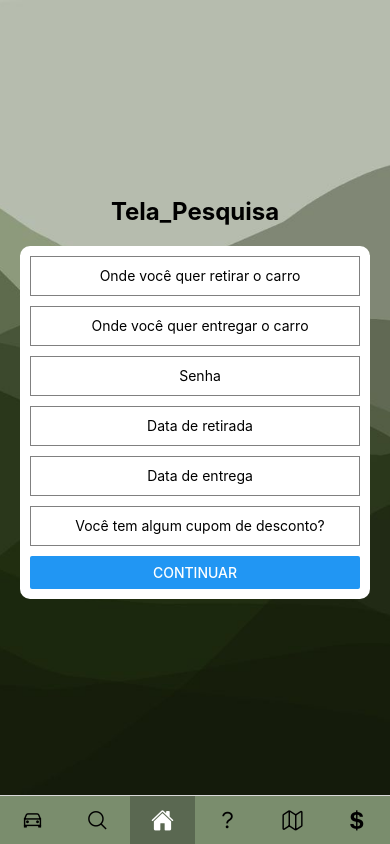
Repository: GabrielAron/EcoWheels
Page: /Home
An editor plug-in stored every save of this project. The page is shown before and after the next save, followed by the edit.
The browser window is 390 px wide. The pictures show the whole page.
The app was drawn by React Native's web renderer in a window 390 px wide. The project was rebuilt for these pictures with package versions that can differ from the ones it lists, and the page was loaded fresh each time. Also part of the build but not shown: src/Paginas/Carros/index.js, src/Paginas/Ajuda/index.js, src/Paginas/Mapa/index.js, src/Paginas/Pagamento/pagamento.js.

Above is the page before, as saved 2023-11-24 14:34:23.

### App.js
import React from 'react';
import Routes from './src/Paginas/routes';
import { ReservaProvider } from './src/Paginas/ReservaContext';


function App() {
  return (
    <ReservaProvider>
      <Routes />
    </ReservaProvider>
  );
}

export default App;

### src/Paginas/routes.js
import React from 'react';
import { createBottomTabNavigator } from '@react-navigation/bottom-tabs';
import { NavigationContainer } from '@react-navigation/native';
import { Ionicons } from '@expo/vector-icons';

import Home from './Home';
import Explorar from './Carros';
import Ajuda from './Ajuda';
import Reservas from './Locacoes';
import Recarga from './Mapa';
import Pagamento from './Pagamento/pagamento';

const Tab = createBottomTabNavigator();

export default function Routes() {
  return (
    <NavigationContainer>
      <Tab.Navigator
        tabBarOptions={{
          showLabel: false, // Oculta as etiquetas de texto das guias
          tabBarStyle: {
            position: 'absolute',
            backgroundColor: '#7A8D6D',
            height:700,
          },
          tabStyle: {
            elevation: 0,
          },
          inactiveBackgroundColor: '#7A8D6D',
          activeBackgroundColor: '#5A6851',
        }}
      >
        <Tab.Screen
          name="Reservas"
          component={Reservas}
          options={{
            headerShown: false,
            tabBarIcon: ({ color, size, focused }) => {
              if (focused) {
                return <Ionicons name="md-car" size={23} color="#FFF" />;
              } else {
                return <Ionicons name="md-car-outline" size={23} color="#000000" />;
              }
            },
          }}
        />
        <Tab.Screen
          name="Explorar"
          component={Explorar}
          options={{
            headerShown: false,
            tabBarIcon: ({ color, size, focused }) => {
              if (focused) {
                return <Ionicons name="md-search" size={23} color="#FFF" />;
              } else {
                return <Ionicons name="md-search-outline" size={23} color="#000000" />;
              }
            },
          }}
        />
        <Tab.Screen
          name="Home"
          component={Home}
          options={{
            headerShown: false,
            tabBarIcon: ({ color, size, focused }) => {
              if (focused) {
                return <Ionicons name="md-home" size={23} color="#FFF" />;
              } else {
                return <Ionicons name="md-home-outline" size={23} color="#000000" />;
              }
            },
          }}
        />
        <Tab.Screen
          name="Ajuda"
          component={Ajuda}
          options={{
            headerShown: false,
            tabBarIcon: ({ color, size, focused }) => {
              if (focused) {
                return <Ionicons name="md-help" size={23} color="#FFF" />;
              } else {
                return <Ionicons name="md-help-outline" size={23} color="#000000" />;
              }
            },
          }}
        />
        <Tab.Screen
          name="Recarga"
          component={Recarga}
          options={{
            headerShown: false,
            tabBarIcon: ({ color, size, focused }) => {
              if (focused) {
                return <Ionicons name="md-map" size={23} color="#FFF" />;
              } else {
                return <Ionicons name="md-map-outline" size={23} color="#000000" />;
              }
            },
          }}
        />
         <Tab.Screen
          name="Pagamento"
          component={Pagamento}
          options={{
            headerShown: false,
            tabBarIcon: ({ color, size, focused }) => {
              if (focused) {
                return <Ionicons name="logo-usd" size={23} color="#FFF" />;

              } else {
                return <Ionicons name="logo-usd" size={23} color="#000000" />;
              }
            },
          }}
        />
      </Tab.Navigator>
    </NavigationContainer>
  );
}

### src/Paginas/ReservaContext.js
import React, { createContext, useState } from 'react';

export const ReservaContext = createContext();

export const ReservaProvider = ({ children }) => {
  const [reservas, setReservas] = useState([]);

  return (
    <ReservaContext.Provider value={{ reservas, setReservas }}>
      {children}
    </ReservaContext.Provider>
  );
};

### src/Paginas/Home/index.js
import React from 'react';
import { View, Text, TextInput, Button, StyleSheet, ImageBackground } from 'react-native';
import Fundo from './imagens/fundoverde.jpg';

export default function App() {
  return (
    <ImageBackground source={Fundo} style={styles.image}>
      <View style={styles.container}>
        <Text style={styles.title}>Tela_Pesquisa</Text>
        <View style={styles.formContainer}>
          <TextInput style={styles.input} placeholder="Onde você quer retirar o carro" />
          <TextInput style={styles.input} placeholder="Onde você quer entregar o carro" />
          <TextInput style={styles.input} placeholder="Senha" secureTextEntry={true} />
          <TextInput style={styles.input} placeholder="Data de retirada" />
          <TextInput style={styles.input} placeholder="Data de entrega" />
          <TextInput style={styles.input} placeholder="Você tem algum cupom de desconto?" />
          <Button title="Continuar" onPress={() => {}} />
        </View>
      </View>
    </ImageBackground>
  );
}

const styles = StyleSheet.create({
  container: {
    flex: 1,
    justifyContent: 'center',
    padding: 20,
  },
  image: {
    flex: 1,
    resizeMode: 'cover',
    justifyContent: 'center',
  },
  title: {
    fontSize: 24,
    fontWeight: 'bold',
    textAlign: 'center',
    marginBottom: 20,
  },
  input: {
    height: 40,
    borderColor: 'gray',
    borderWidth: 1,
    marginBottom: 10,
    paddingLeft: 10,
    textAlign: 'center',
  },
  formContainer: {
    backgroundColor: 'white',
    borderRadius: 10,
    padding: 10,
  },
});

### src/Paginas/Locacoes/index.js
import React, { useState, useContext } from 'react';
import { View, Text, ImageBackground, Button, StyleSheet, ScrollView, Modal, Alert } from 'react-native';
import Fundo from '/imagens/fundoverde.jpg';
import { ReservaContext } from '../ReservaContext'; // Atualize o caminho conforme necessário

const Card = ({ id, title, image }) => {
  const [modalVisible, setModalVisible] = useState(false);
  const { reservas, setReservas } = useContext(ReservaContext);
  const [carros, setCarros] = useState([

      { id: 1, title: "QUALIDADE PARA UM CONFORTO E ÓTIMO PASSEIO - Exquisite Cruiser 1.8", image: "https://cdn.leonardo.ai/users/cf8d0bec-5da3-4e6a-aed2-13735b2a6925/generations/a40b4ef5-35ec-4e32-a5ff-cc2ef5e85345/PhotoReal_make_a_background_image_for_a_cell_phone_application_2.jpg?w=512" },
      { id: 2, title: "DESIGN E CONFORTO EM UM - Rider GT 3.0", image: "https://cdn.leonardo.ai/users/cf8d0bec-5da3-4e6a-aed2-13735b2a6925/generations/a40b4ef5-35ec-4e32-a5ff-cc2ef5e85345/PhotoReal_make_a_background_image_for_a_cell_phone_application_3.jpg?w=512" },
      { id: 3, title: "FORÇA PARA DESAFIOS OFF-Road - Viper GT 3.0 ", image: "https://cdn.leonardo.ai/users/cf8d0bec-5da3-4e6a-aed2-13735b2a6925/generations/a0fe3adc-2c2f-4336-bc49-e57599170dd1/PhotoReal_faa_um_hummer_eltrico_novo_andando_por_uma_cidade_3.jpg?w=512" },
      { id: 4, title: "UM CARRO ANTIGO E ESTILOSO PARA OS AMANTES DE CLÁSSICOS - Bentley 1.8", image: "https://cdn.leonardo.ai/users/cf8d0bec-5da3-4e6a-aed2-13735b2a6925/generations/c6457b66-6149-4c4d-8408-99c27071dc1e/PhotoReal_faa_um_carro_eletrico_executivo_andando_por_uma_cida_0.jpg?w=512" },
      { id: 5, title: "UM CARRO VERSÁTIL QUE ATENDE A TODAS AS NECESSIDADES FLEXUS X 1.0", image: "https://cdn.leonardo.ai/users/cf8d0bec-5da3-4e6a-aed2-13735b2a6925/generations/f62f0f84-2ea5-4c9d-a4e3-33ade848f3b2/PhotoReal_make_a_background_image_for_a_cell_phone_application_3.jpg?w=512" },
      { id: 6, title: "UMA OPÇÃO PERFEITA PARA QUEM BUSCA PRATICIDADE E CONFORTO - LUXURY DRIVE 1.6", image: "https://cdn.leonardo.ai/users/cf8d0bec-5da3-4e6a-aed2-13735b2a6925/generations/589507b8-d87b-4a85-b05e-c325ccebd6b6/PhotoReal_make_a_background_image_for_a_cell_phone_application_1.jpg?w=512" },
      { id: 7, title: "UM CARRO ESPORTIVO COM DESEMPENHO DE ALTA POTÊNCIA Vortex GT 5.0", image: "https://fotos-jornaldocarro-estadao.nyc3.cdn.digitaloceanspaces.com/wp-content/uploads/2023/01/13072602/Carro_esportivo.jpg" },
    ]);


  return (
    <View style={styles.card}>
      <ImageBackground source={{ uri: image }} style={styles.image}>
        <View style={styles.content}>
          <Text style={styles.title}>{title}</Text>
          <Button title="Reservar" onPress={() => setModalVisible(true)} />
        </View>
      </ImageBackground>

      <Modal
        animationType="slide"
        transparent={true}
        visible={modalVisible}
        onRequestClose={() => {
          Alert.alert("Modal has been closed.");
          setModalVisible(!modalVisible);
        }}
      >
        <View style={styles.centeredView}>
          <View style={styles.modalView}>
            <Text style={styles.modalText}>Deseja mesmo reservar o carro?</Text>

            <Button
              style={[styles.button, styles.buttonClose]}
              onPress={() => {
                setReservas([...reservas, { id, title, image }]);
                setCarros(carros.filter(carro => carro.id !== id));
                setModalVisible(!modalVisible);
              }}
              title="Sim"
            />
            <Button
              style={[styles.button, styles.buttonCancel]}
              onPress={() => setModalVisible(!modalVisible)}
              title="Não"
            />
          </View>
        </View>
      </Modal>
    </View>
  );
};

export default function Reservas() {
  return (
    <View style={styles.container}>
      <ImageBackground source={Fundo} style={styles.image}>
        <Text style={styles.text}>Carros</Text>
        <View style={styles.cardContainer}>
          <ScrollView showsVerticalScrollIndicator={false}>
            <Card id={1} title="QUALIDADE PARA UM CONFORTO E ÓTIMO PASSEIO - Exquisite Cruiser 1.8" image="https://cdn.leonardo.ai/users/cf8d0bec-5da3-4e6a-aed2-13735b2a6925/generations/a40b4ef5-35ec-4e32-a5ff-cc2ef5e85345/PhotoReal_make_a_background_image_for_a_cell_phone_application_2.jpg?w=512" />
            <Card id={2} title="DESIGN E CONFORTO EM UM - Rider GT 3.0" image="https://cdn.leonardo.ai/users/cf8d0bec-5da3-4e6a-aed2-13735b2a6925/generations/a40b4ef5-35ec-4e32-a5ff-cc2ef5e85345/PhotoReal_make_a_background_image_for_a_cell_phone_application_3.jpg?w=512" />
            <Card id={3} title="FORÇA PARA DESAFIOS OFF-Road - Viper GT 3.0 " image="https://cdn.leonardo.ai/users/cf8d0bec-5da3-4e6a-aed2-13735b2a6925/generations/a0fe3adc-2c2f-4336-bc49-e57599170dd1/PhotoReal_faa_um_hummer_eltrico_novo_andando_por_uma_cidade_3.jpg?w=512" />
            <Card id={4} title="UM CARRO ANTIGO E ESTILOSO PARA OS AMANTES DE CLÁSSICOS - Bentley 1.8" image="https://cdn.leonardo.ai/users/cf8d0bec-5da3-4e6a-aed2-13735b2a6925/generations/c6457b66-6149-4c4d-8408-99c27071dc1e/PhotoReal_faa_um_carro_eletrico_executivo_andando_por_uma_cida_0.jpg?w=512" />
            <Card id={5} title="UM CARRO VERSÁTIL QUE ATENDE A TODAS AS NECESSIDADES FLEXUS X 1.0" image="https://cdn.leonardo.ai/users/cf8d0bec-5da3-4e6a-aed2-13735b2a6925/generations/f62f0f84-2ea5-4c9d-a4e3-33ade848f3b2/PhotoReal_make_a_background_image_for_a_cell_phone_application_3.jpg?w=512" />
            <Card id={6} title="UMA OPÇÃO PERFEITA PARA QUEM BUSCA PRATICIDADE E CONFORTO - LUXURY DRIVE 1.6" image="https://cdn.leonardo.ai/users/cf8d0bec-5da3-4e6a-aed2-13735b2a6925/generations/589507b8-d87b-4a85-b05e-c325ccebd6b6/PhotoReal_make_a_background_image_for_a_cell_phone_application_1.jpg?w=512" />
            <Card id={7} title="UM CARRO ESPORTIVO COM DESEMPENHO DE ALTA POTÊNCIA Vortex GT 5.0" image="https://fotos-jornaldocarro-estadao.nyc3.cdn.digitaloceanspaces.com/wp-content/uploads/2023/01/13072602/Carro_esportivo.jpg" />
          </ScrollView>
        </View>
      </ImageBackground>
    </View>
  );
}


const styles = StyleSheet.create({
  container: {
    flex: 1,
  },
  image: {
    flex: 1,
    resizeMode: 'cover',
    justifyContent: 'center',
  },
  text: {
    color: '#fffbff',
    fontSize: 36,
    position: 'absolute',
    top: 50,
    left: 0,
    right: 0,
    fontWeight: 'bold',
    textAlign: 'center',
  },
  cardContainer: {
    flex: 1,
    alignItems: 'center',
    justifyContent: 'center',
    paddingTop: 200,
    paddingLeft: 75,
  },
  card: {
    width: '90%',
    height: 200,
    marginBottom: 45,
    borderRadius: 10,
    overflow: 'hidden',
  },
  image: {
    flex: 1,
    resizeMode: 'cover',
    justifyContent: 'center',
  },
  content: {
    padding: 10,
    alignItems: 'center',
    justifyContent: 'center',
  },
  title: {
    fontSize: 16,
    fontWeight: 'bold',
    color: '#fffbff',
  },
  overlay: {
    ...StyleSheet.absoluteFillObject,
    backgroundColor: 'rgba(128, 128, 128, 0.5)',
  },
  centeredView: {
    flex: 1,
    justifyContent: "center",
    alignItems: "center",
    marginTop: 22
  },
  modalView: {
    margin: 20,
    backgroundColor: "white",
    borderRadius: 20,
    padding: 35,
    alignItems: "center",
    shadowColor: "#000",
    shadowOffset: {
      width: 0,
      height: 2
    },
    shadowOpacity: 0.25,
    shadowRadius: 4,
    elevation: 5
  },
  button: {
    borderRadius: 20,
    padding: 10,
    elevation: 2
  },
  buttonClose: {
    backgroundColor: "#2196F3",
  },
  buttonCancel: {
    backgroundColor: "#f00",
  },
  modalText: {
    marginBottom: 15,
    textAlign: "center"
  }
});

After the next save:
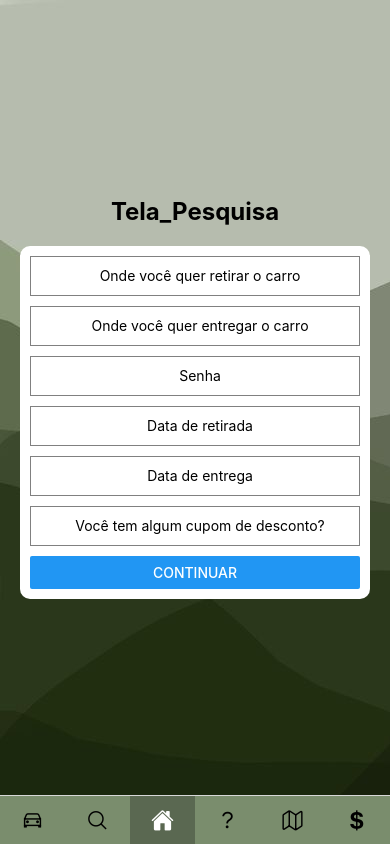
Saved 6 s later.
--- a/src/Paginas/Home/index.js
+++ b/src/Paginas/Home/index.js
@@ -1,6 +1,6 @@
 import React from 'react';
 import { View, Text, TextInput, Button, StyleSheet, ImageBackground } from 'react-native';
-import Fundo from './imagens/fundoverde.jpg';
+import Fundo from '/imagens/fundoverde.jpg';
 
 export default function App() {
   return (
